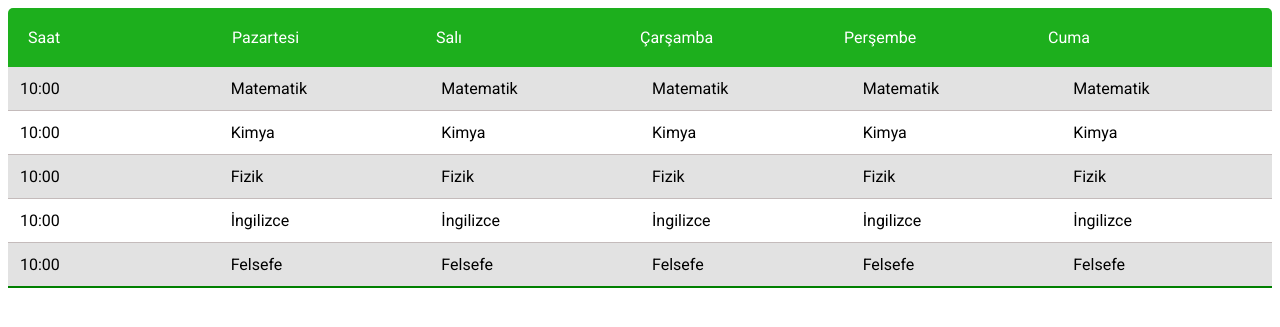
Repository: ahmetbugraozcan/css-ders-programi
Page: deneme.html
The author's editor kept a copy of each file at every save. The page is drawn from the files as they stood at one save, then again after the next save.
The browser window is 1280 px wide. The pictures show the whole page.

Above is the page before, as saved 2021-07-10 10:21:58.

After the next save:
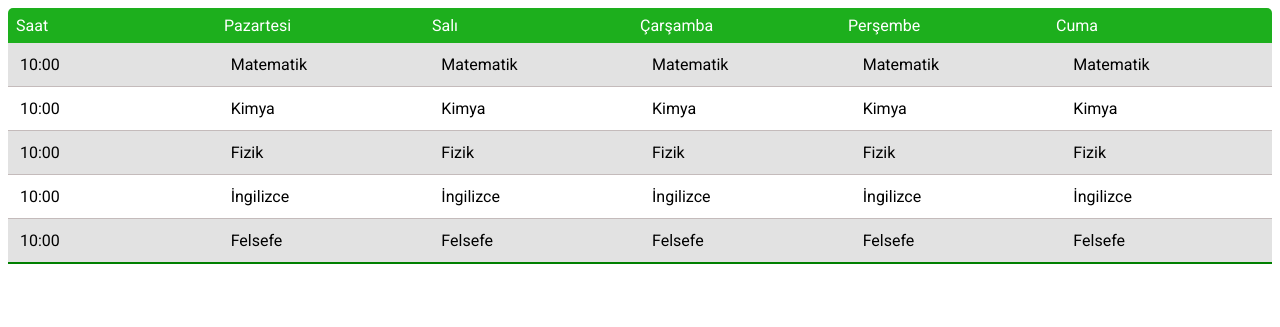
Saved 6 s later.
--- a/deneme.html
+++ b/deneme.html
@@ -23,7 +23,7 @@
         background-color: rgb(29, 175, 29);
         color: white;
         border-radius: 5px 5px 0 0;
-        padding: 20px;
+        padding: 8px;
 
     }
 
